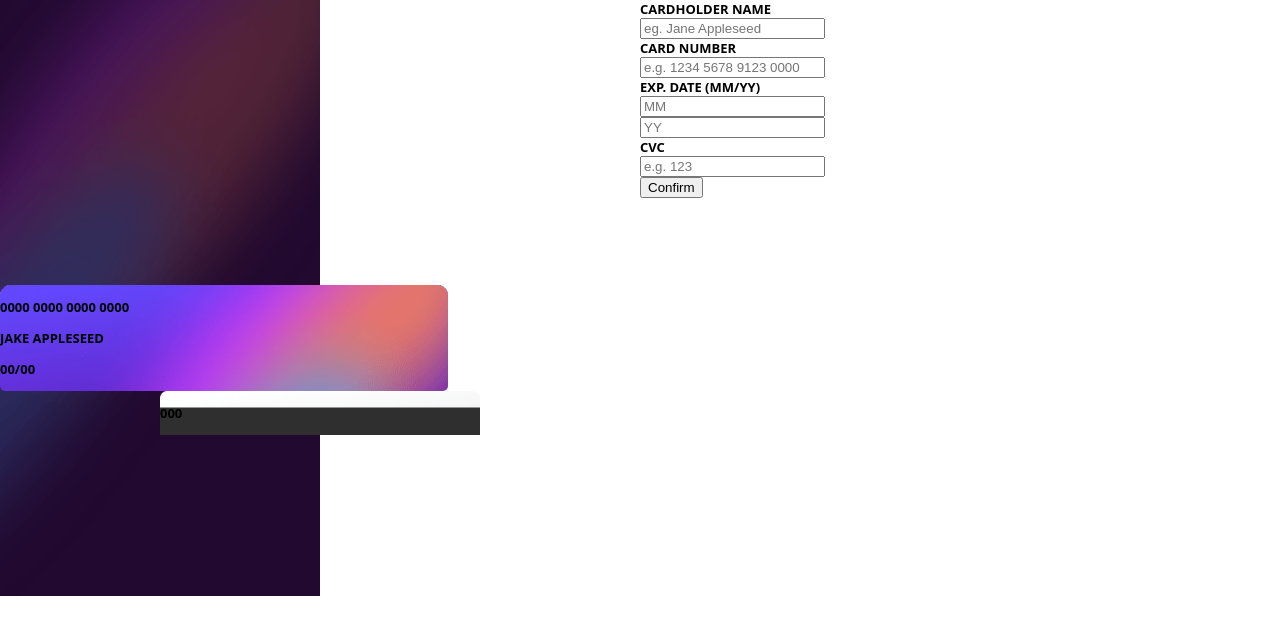
Repository: Celebration-cloud/my-project
Page: interactive-card-details-form-main/index.html
These files come from the project's save history. The page is drawn as it stood at one moment and after a run of saves; the edit follows.
The browser window is 1280 px wide. The pictures show the whole page.

Above is the page before, as saved 2023-08-22 18:46:30.

### interactive-card-details-form-main/index.html
<!DOCTYPE html>
<html lang="en">
<head>
  <meta charset="UTF-8">
  <meta name="viewport" content="width=device-width, initial-scale=1.0"> <!-- displays site properly based on user's device -->

  <link rel="icon" type="image/png" sizes="32x32" href="./images/favicon-32x32.png">
  <link rel="stylesheet" href="index.css">

  <title>Frontend Mentor | Interactive card details form</title>

  <!-- Feel free to remove these styles or customise in your own stylesheet 👍 -->
  <style>
    .attribution { font-size: 11px; text-align: center; }
    .attribution a { color: hsl(228, 45%, 44%); }
  </style>
</head>
<body>
  <div class="container">
    <section id="section-a" class="section-a">
      <div id="card">
        <div id="profile"></div><span id="detail"></span>
        <p id="card-number">0000 0000 0000 0000</p>
        <p id="card-name">JAKE APPLESEED</p>
        <p id="exp-date">00/00</p>
      </div>
      <div id="card-back">
        <p>000</p>
      </div>

    </section>
    <!-- Add your site or application content here -->
    <!-- Card Details Form Section-->
    <section id="section-b" class="section-b">
      <form action="">
        <label for="name" id="cardholder-numeber-label">CARDHOLDER NAME</label><br/>
        <input name="name" id="cardholder-numeber-input" aria-required="false" placeholder="eg. Jane Appleseed" required/><br/>
        <label for="card-number" id="card-number-label">CARD NUMBER</label><br/>
        <input name="card-number" id="card-number-input" type="tel" aria-required="false" placeholder="e.g. 1234 5678 9123 0000" required/><br/>
        <label for="expire-date" id="expire-date-label">EXP. DATE (MM/YY)</label><br/>
        <input name="expire-date" id="expire-date" type="tel" aria-required="false" placeholder="MM" required/><br/>
        <input name="expire-date" id="expire-date2" type="tel" aria-required="false" placeholder="YY" required/><br/>
        <label for="cvc" id="cvc-label">CVC</label><br/>
        <input name="cvc" aria-required="false" id="cvc" type="tel" placeholder="e.g. 123" required/><br/>
        <button type="submit">Confirm</button>
      </form>

    </section>
  </div>

  <!-- 0000 0000 0000 0000
  00/00

  000

  Cardholder Name
  e.g. Jane Appleseed

  Card Number
  e.g. 1234 5678 9123 0000

  Exp. Date (MM/YY)
  MM
  YY

  CVC
  e.g. 123

  Confirm -->

  <!-- Completed state start -->

  <!-- Thank you!
  We've added your card details
  Continue -->

  <!-- <div class="attribution">
    Challenge by <a href="https://www.frontendmentor.io?ref=challenge" target="_blank">Frontend Mentor</a>.
    Coded by <a href="#">Your Name Here</a>.
  </div> -->
</body>
</html>

### interactive-card-details-form-main/index.css
body{
    font-family: system-ui, -apple-system, BlinkMacSystemFont, 'Segoe UI', Roboto, Oxygen, Ubuntu, Cantarell, 'Open Sans', 'Helvetica Neue', sans-serif;
    font-weight: bolder;
    font-size: small;
    margin: 0;
    padding: 0;
}
.container{
    display: flex;
}
#section-a{
    background-image: url(images/bg-main-desktop.png);
    background-size: 50%;
    background-repeat: no-repeat;
    width: 50%;
    height: 100vh;
    display: flex;
    flex-direction: column;
    justify-content: center;
}
#card{
    background-image: url(images/bg-card-front.png);
    width: 70%;
    background-size: cover;
    border-radius: 5px;
    a
}
#card-back{
    background-image: url(images/bg-card-back.png);
    background-size: cover;
    width: 50%;

    align-self: center;
}

After the next 2 saves:
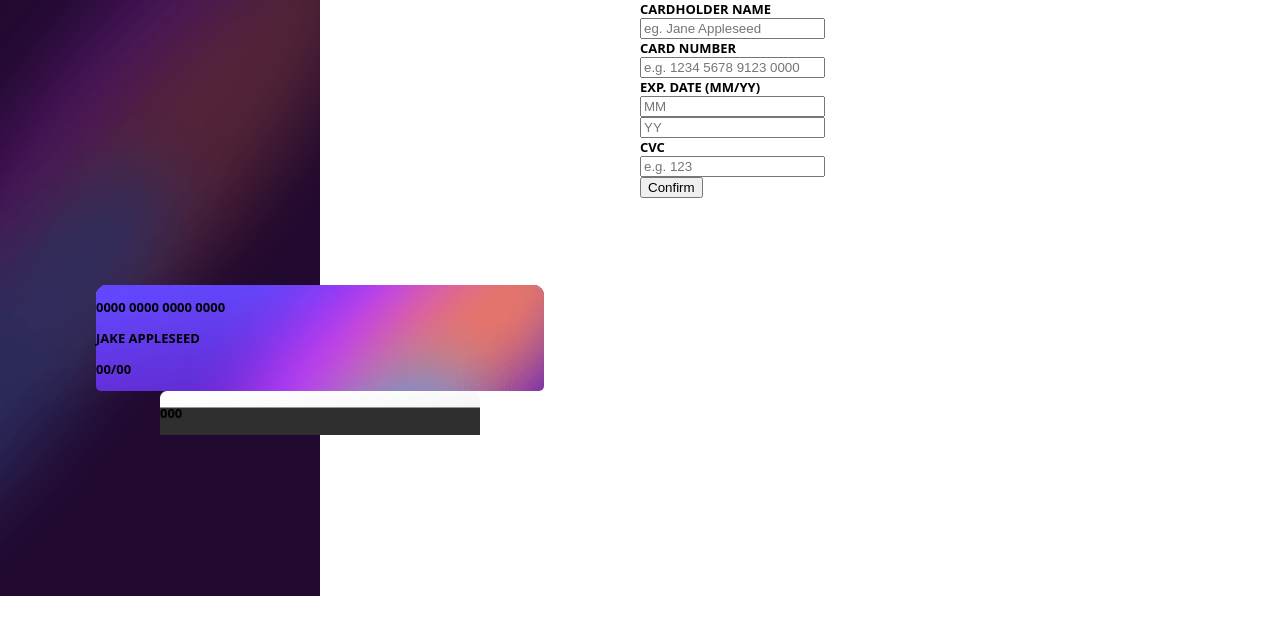
The 2 saves are shown as one change because they came seconds apart.
The last was saved 5 s later.
--- a/interactive-card-details-form-main/index.css
+++ b/interactive-card-details-form-main/index.css
@@ -23,7 +23,7 @@ body{
     width: 70%;
     background-size: cover;
     border-radius: 5px;
-    a
+    align-self: center;
 }
 #card-back{
     background-image: url(images/bg-card-back.png);
